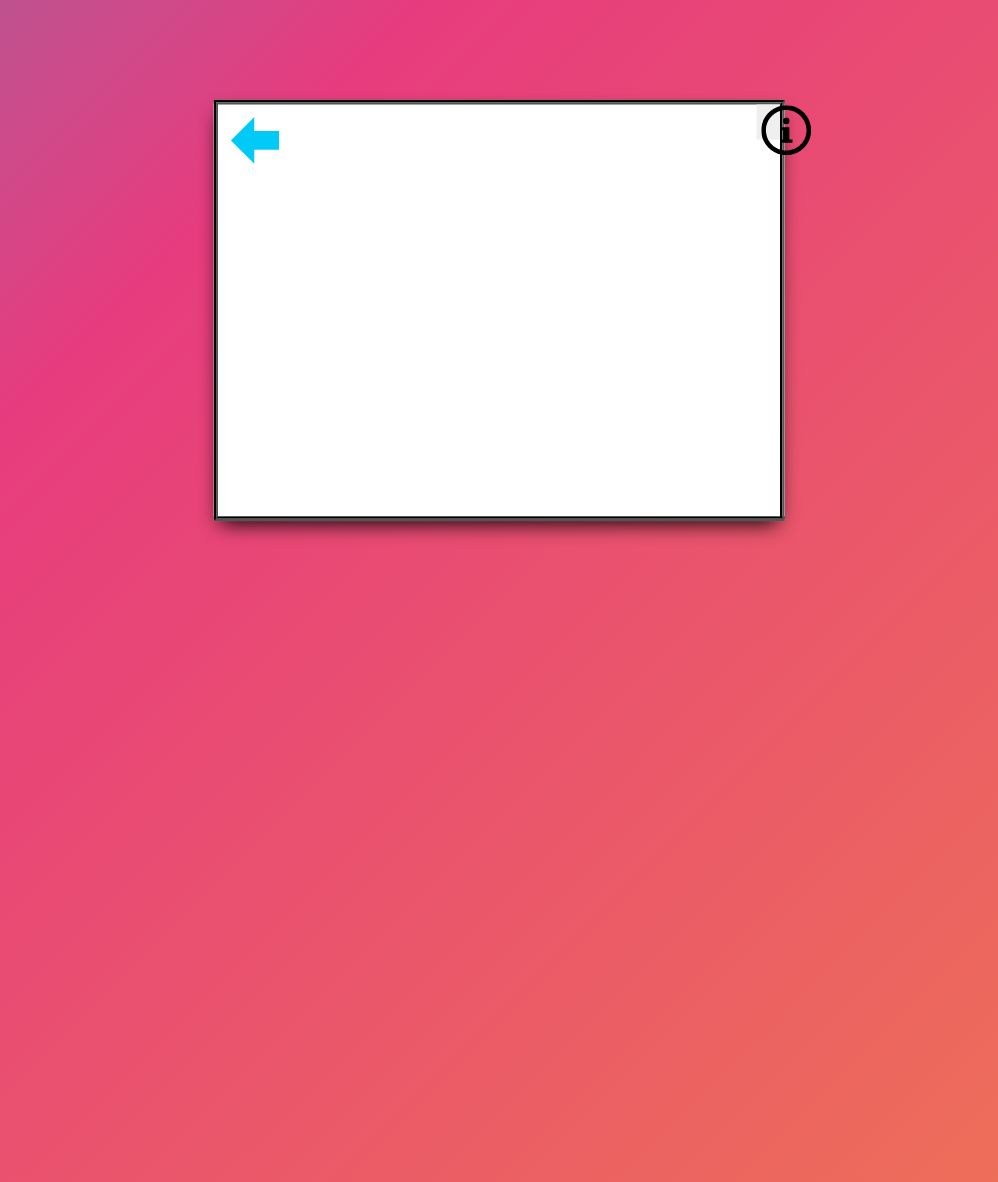
Repository: PatrickTheCodeGuy/QuizApp
Page: /newGame (app in quizapp/)
An editor plug-in stored every save of this project. The page is shown before and after the next save, followed by the edit.
The browser window is 1280 px wide. The pictures show the whole page, at 78% of full size.
The project was rebuilt for these pictures with package versions that can differ from the ones it lists, and the page was loaded fresh each time. A package was used in the major version that the imports need, not the one package.json lists. Also part of the build but not shown: quizapp/src/App.css, quizapp/src/components/Leaderboard/Leaderboard.css, quizapp/src/components/Leaderboard/Leaderboard.js, quizapp/src/components/StartMenu/StartMenu.css, quizapp/src/components/StartMenu/StartMenu.js, quizapp/src/App.js.

Above is the page before, as saved 2021-07-08 20:16:55.

### quizapp/src/index.js
import React from 'react';
import ReactDOM from 'react-dom';
import './index.css';
import App from './App';
import GameInfo from './components/GameInfo/GameInfo';
import reportWebVitals from './reportWebVitals';
import {
  BrowserRouter as Router,
  Switch,
  Route,
  Link
} from "react-router-dom";

ReactDOM.render(
  <React.StrictMode>
    <Router>
          <Switch>
              <Route exact path="/" component={App}/>
              <Route path="/newGame" component={GameInfo}/>
          </Switch>
      </Router>
  </React.StrictMode>,
  document.getElementById('root')
);

// If you want to start measuring performance in your app, pass a function
// to log results (for example: reportWebVitals(console.log))
// or send to an analytics endpoint. Learn more: https://bit.ly/CRA-vitals
reportWebVitals();

### quizapp/src/index.css
body {
  margin: 0;
  font-family: -apple-system, BlinkMacSystemFont, 'Segoe UI', 'Roboto', 'Oxygen',
    'Ubuntu', 'Cantarell', 'Fira Sans', 'Droid Sans', 'Helvetica Neue',
    sans-serif;
  -webkit-font-smoothing: antialiased;
  -moz-osx-font-smoothing: grayscale;
  background: linear-gradient(-45deg, #ee7752, #e73c7e, #23a6d5, #23d5ab);
    background-size: 400% 400%;
    animation: gradient 15s ease infinite;
}

code {
  font-family: source-code-pro, Menlo, Monaco, Consolas, 'Courier New',
    monospace;
}
html, body, #app, #app>div {
  width: 100%;
  height:100%;
}

hr.rounded {
  border-top: 5px solid black;
    border-radius: 1px;
    width: 55%;
}

#root{
  display:flex;
}


@keyframes gradient {
    0% {
        background-position: 0% 50%;
    }
    50% {
        background-position: 100% 50%;
    }
    100% {
        background-position: 0% 50%;
    }
}

### quizapp/src/components/GameInfo/GameInfo.js
import React, { useState } from 'react';
import './GameInfo.css';
import {
	Link
} from 'react-router-dom';
import{ ImArrowLeft, ImInfo }from 'react-icons/im';
import Modal from 'react-modal';


function GameInfo() {
	// Fix for screen readers getting an error on modal mount
	Modal.setAppElement('#root');

	// Modal hook
	const [modalIsOpen, setModalIsOpen] = useState(false);
    return(
        <div className="gameInfo-container">
            <div className="gameInfo-header">
                <Link className="back-button" to="/">
																		<ImArrowLeft size={64} className="back-arrow"/>
																</Link>
																<button class="modal-button"onClick={() => setModalIsOpen(true)}>
																	<ImInfo size={64} className="info-icon"/>
																</button>
																<Modal onRequestClose={() => setModalIsOpen(false)} isOpen={modalIsOpen}>
																		<h1>Modal is Open</h1>
																</Modal>
            </div>
            <div className="gameInfo-body">

            </div>

												</div>
    )
}

export default GameInfo;

### quizapp/src/components/GameInfo/GameInfo.css
.gameInfo-container{
    border: 6px groove black;
    text-align: center;
    background-color: white;
    box-shadow: 0px 12px 25px -8px #000000;
    width: 45em;
    height: 33em;
    margin: 10% auto;
}

.back-button {
    margin-left: 2%;
    margin-top: 2%;
    color: rgb(2, 202, 247);
}

.back-button:hover {
    color: rgba(40, 232, 232, 0.749);
}

.modal-button{
    border: none;
    width: 30px;
    height: 45px;
}

.gameInfo-header{
    display: flex;
    justify-content: space-between;
}

Loaded but not shown: quizapp/src/reportWebVitals.js (common file)

After the next save:
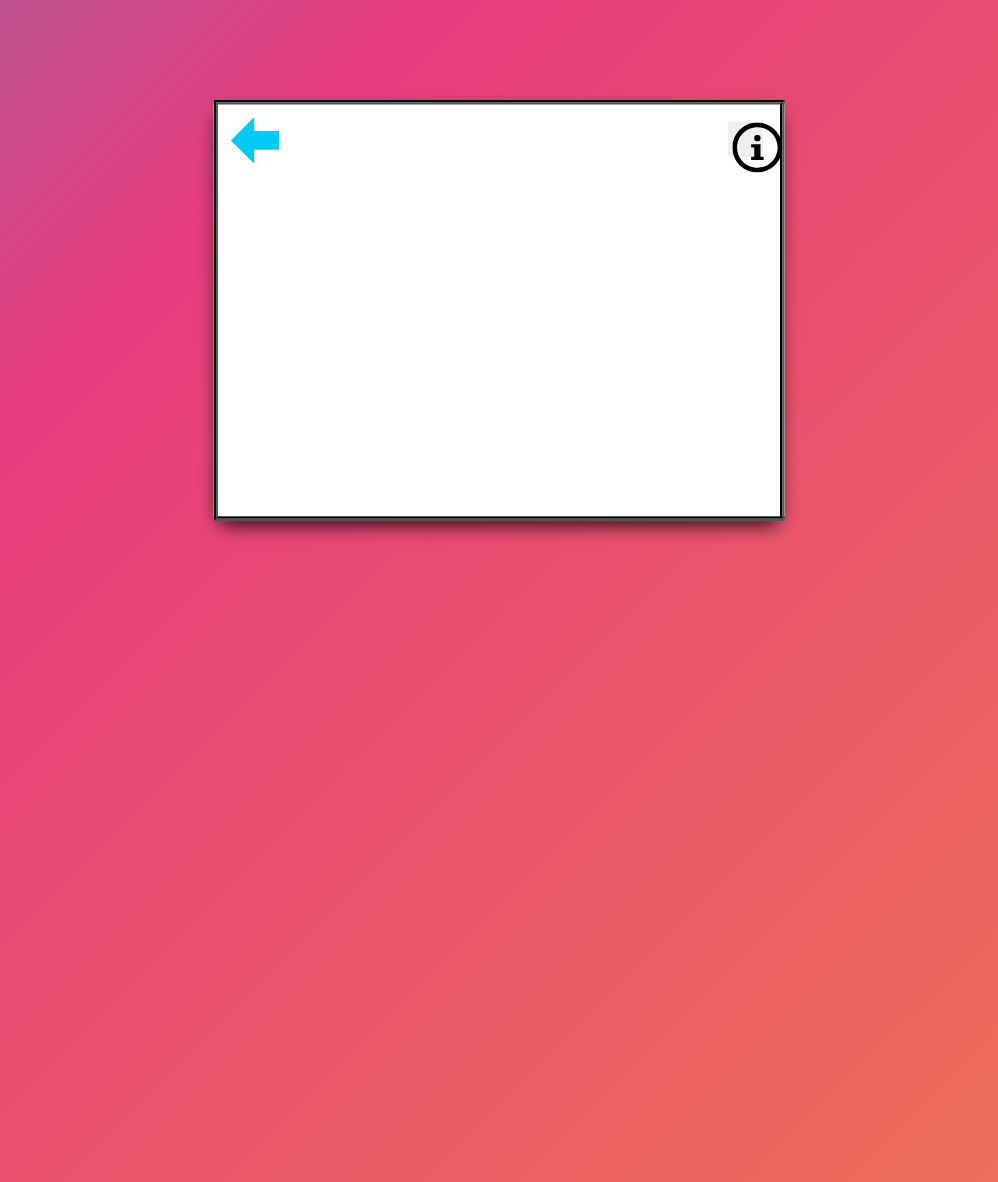
Saved 3 s later.
--- a/quizapp/src/components/GameInfo/GameInfo.css
+++ b/quizapp/src/components/GameInfo/GameInfo.css
@@ -20,8 +20,10 @@
 
 .modal-button{
     border: none;
-    width: 30px;
+    width: 45px;
     height: 45px;
+    margin-right: 3%;
+    margin-top: 3%;
 }
 
 .gameInfo-header{
